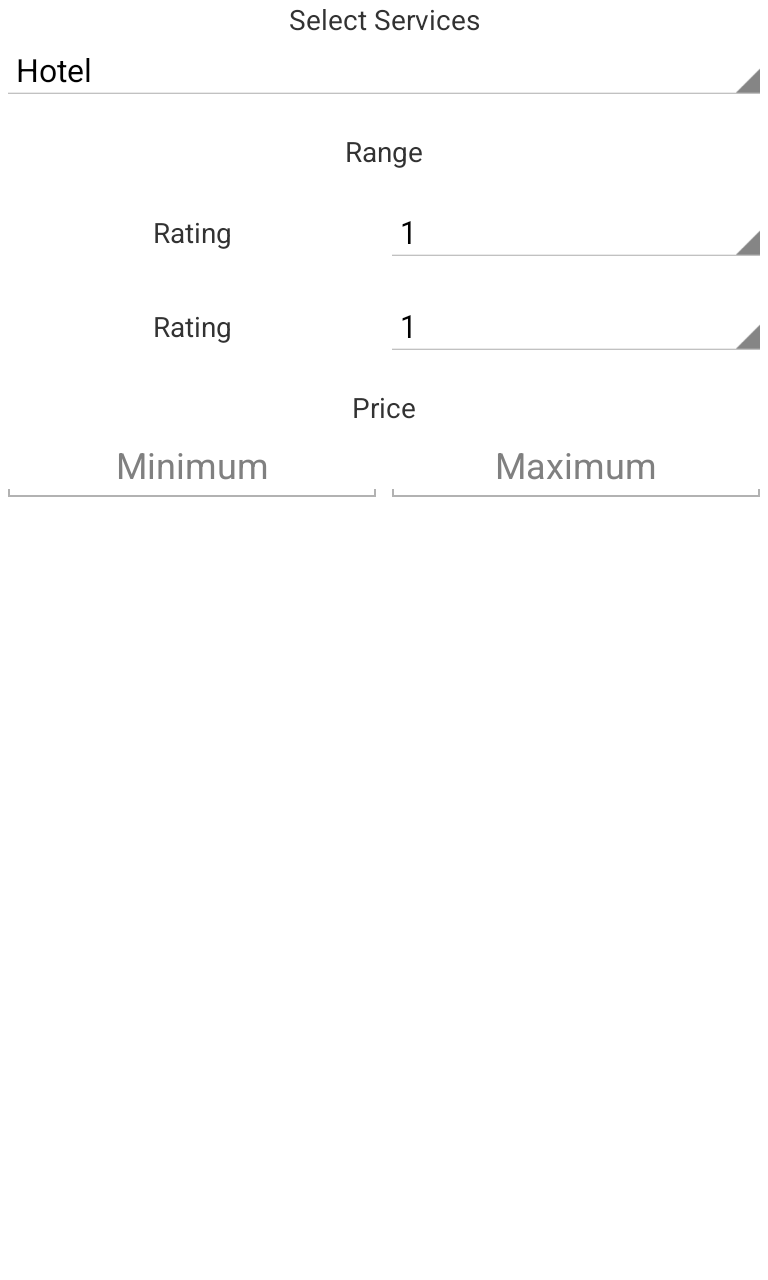
Repository: AungWinnHtut/projAndroid
Layout: com.engineer4myanmar.json.MainActivity/res/layout/activity_search.xml
An editor plug-in stored every save of this project. The layout is shown before and after the next save, followed by the edit.
It is drawn on a 768 x 1280 px phone screen (xhdpi) without system bars, with theme AppTheme; the app's code is not run.

Above is the layout before, as saved 2015-08-23 11:22:18.

### com.engineer4myanmar.json.MainActivity/res/layout/activity_search.xml
<LinearLayout xmlns:android="http://schemas.android.com/apk/res/android"
    xmlns:tools="http://schemas.android.com/tools"
    android:layout_width="match_parent"
    android:layout_height="match_parent"
    android:orientation="vertical" >

    <LinearLayout
        android:layout_width="match_parent"
        android:layout_height="wrap_content"
        android:orientation="vertical" >

        <TextView
            android:layout_width="match_parent"
            android:layout_height="wrap_content"
            android:layout_gravity="center"
            android:gravity="center"
            android:text="Select Services" />

        <Spinner
            android:id="@+id/spinner1"
            android:layout_width="match_parent"
            android:layout_height="wrap_content"
            android:layout_gravity="center"
            android:gravity="center"
            android:entries="@array/services_arrays"
            android:prompt="@string/services_prompt" />
    </LinearLayout>
    <LinearLayout
        android:layout_width="match_parent"
        android:layout_height="wrap_content"
        android:layout_marginTop="15dp"
        android:orientation="horizontal" >

        <TextView
            android:layout_width="match_parent"
            android:layout_height="wrap_content"
            android:layout_gravity="center"
            android:gravity="center"
            android:text="Range" />
        </LinearLayout>

    <LinearLayout
        android:layout_width="match_parent"
        android:layout_height="wrap_content"
        android:layout_marginTop="15dp"
        android:orientation="horizontal" >

        <TextView
            android:layout_width="0dp"
            android:layout_height="wrap_content"
            android:layout_gravity="center"
            android:layout_weight="1"
            android:gravity="center"
            android:text="Rating" />

        <Spinner
            android:id="@+id/spinner1"
            android:layout_width="0dp"
            android:layout_height="wrap_content"
            android:layout_gravity="center"
            android:layout_weight="1"
            android:entries="@array/ratings_arrays"
            android:gravity="center"
            android:prompt="@string/rating_prompt" />
    </LinearLayout>

    <LinearLayout
        android:layout_width="match_parent"
        android:layout_height="wrap_content"
        android:layout_marginTop="15dp"
        android:orientation="horizontal" >

        <TextView
            android:layout_width="0dp"
            android:layout_height="wrap_content"
            android:layout_gravity="center"
            android:layout_weight="1"
            android:gravity="center"
            android:text="Rating" />

        <Spinner
            android:id="@+id/spinner1"
            android:layout_width="0dp"
            android:layout_height="wrap_content"
            android:layout_gravity="center"
            android:layout_weight="1"
            android:entries="@array/ratings_arrays"
            android:gravity="center"
            android:prompt="@string/rating_prompt" />
    </LinearLayout>

    <LinearLayout
        android:layout_width="match_parent"
        android:layout_height="wrap_content"
        android:layout_marginTop="15dp"
        android:orientation="horizontal" >

        <TextView
            android:layout_width="match_parent"
            android:layout_height="wrap_content"
            android:layout_gravity="center"
            android:gravity="center"
            android:text="Price" />
    </LinearLayout>

    <LinearLayout
        android:layout_width="match_parent"
        android:layout_height="wrap_content"
        android:orientation="horizontal" >

        <EditText
            android:layout_width="0dp"
            android:layout_height="wrap_content"
            android:layout_gravity="center"
            android:layout_weight="1"
            android:gravity="center"
            android:hint="Minimum" />
         <EditText
            android:layout_width="0dp"
            android:layout_height="wrap_content"
            android:layout_gravity="center"
            android:layout_weight="1"
            android:gravity="center"
            android:hint="Maximum" />

    </LinearLayout>

</LinearLayout>

### com.engineer4myanmar.json.MainActivity/res/values/strings.xml
<resources>

    <string name="app_name">ExcellentService</string>
    <string name="hello_world">Hello world!</string>
    <string name="menu_settings">Settings</string>
    <string name="title_activity_main">ExcellentService</string>
    <string name="title_activity_services_menu">ExcellentService</string>
    <string name="title_activity_register">ExcellentService</string>
    <string name="title_activity_welcome">WelcomeActivity</string>
    <string name="title_activity_search">SearchActivity</string>
    <string name="services_prompt">Hotel</string>
    <string name="rating_prompt">1</string>
    <string name="cuisine_prompt">Chinese</string>
    <string name="range_prompt">1 km</string>

    <string-array name="services_arrays">
        <item>Hotel</item>
        <item>Bank</item>
        <item>Restaurant</item>
        <item>Hospital</item>
    </string-array>
    <string-array name="ratings_arrays">
        <item>1</item>
        <item>2</item>
        <item>3</item>
        <item>4</item>
        <item>5</item>
    </string-array>
    <string-array name="cuisine_arrays">
        <item>Chinese</item>
        <item>Thai</item>
        <item>Burmese</item>
        <item>Japanese</item>
    </string-array>

      <string-array name="range_arrays">
        <item>1 km</item>
        <item>2 km</item>
        <item>3 km</item>
        <item>4 km</item>
        <item>5 km</item>
    </string-array>

</resources>

Loaded but not shown: com.engineer4myanmar.json.MainActivity/res/values-v11/styles.xml (common file); com.engineer4myanmar.json.MainActivity/res/values-v14/styles.xml (common file); com.engineer4myanmar.json.MainActivity/res/values/styles.xml (common file)

After the next save:
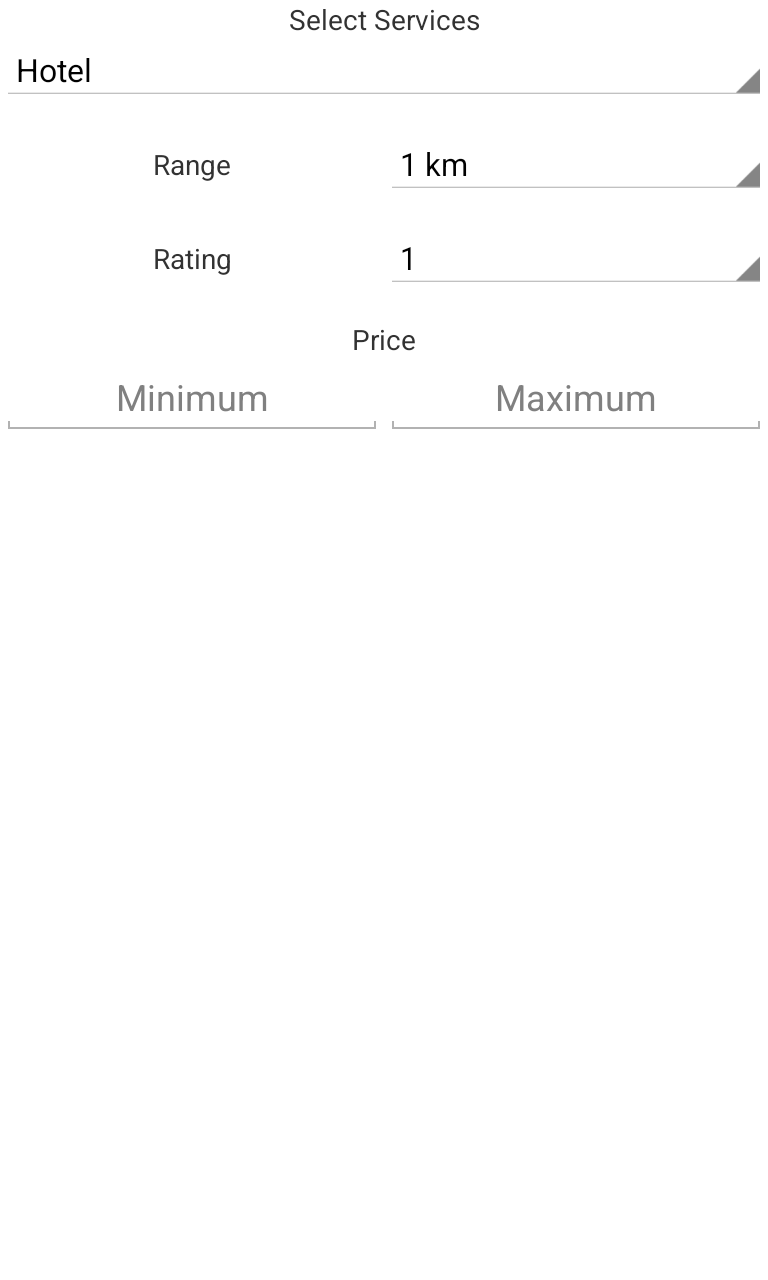
Saved 64 s later.
--- a/com.engineer4myanmar.json.MainActivity/res/layout/activity_search.xml
+++ b/com.engineer4myanmar.json.MainActivity/res/layout/activity_search.xml
@@ -25,19 +25,6 @@
             android:entries="@array/services_arrays"
             android:prompt="@string/services_prompt" />
     </LinearLayout>
-    <LinearLayout
-        android:layout_width="match_parent"
-        android:layout_height="wrap_content"
-        android:layout_marginTop="15dp"
-        android:orientation="horizontal" >
-
-        <TextView
-            android:layout_width="match_parent"
-            android:layout_height="wrap_content"
-            android:layout_gravity="center"
-            android:gravity="center"
-            android:text="Range" />
-        </LinearLayout>
 
     <LinearLayout
         android:layout_width="match_parent"
@@ -51,7 +38,7 @@
             android:layout_gravity="center"
             android:layout_weight="1"
             android:gravity="center"
-            android:text="Rating" />
+            android:text="Range" />
 
         <Spinner
             android:id="@+id/spinner1"
@@ -59,9 +46,9 @@
             android:layout_height="wrap_content"
             android:layout_gravity="center"
             android:layout_weight="1"
-            android:entries="@array/ratings_arrays"
+            android:entries="@array/range_arrays"
             android:gravity="center"
-            android:prompt="@string/rating_prompt" />
+            android:prompt="@string/range_prompt" />
     </LinearLayout>
 
     <LinearLayout
